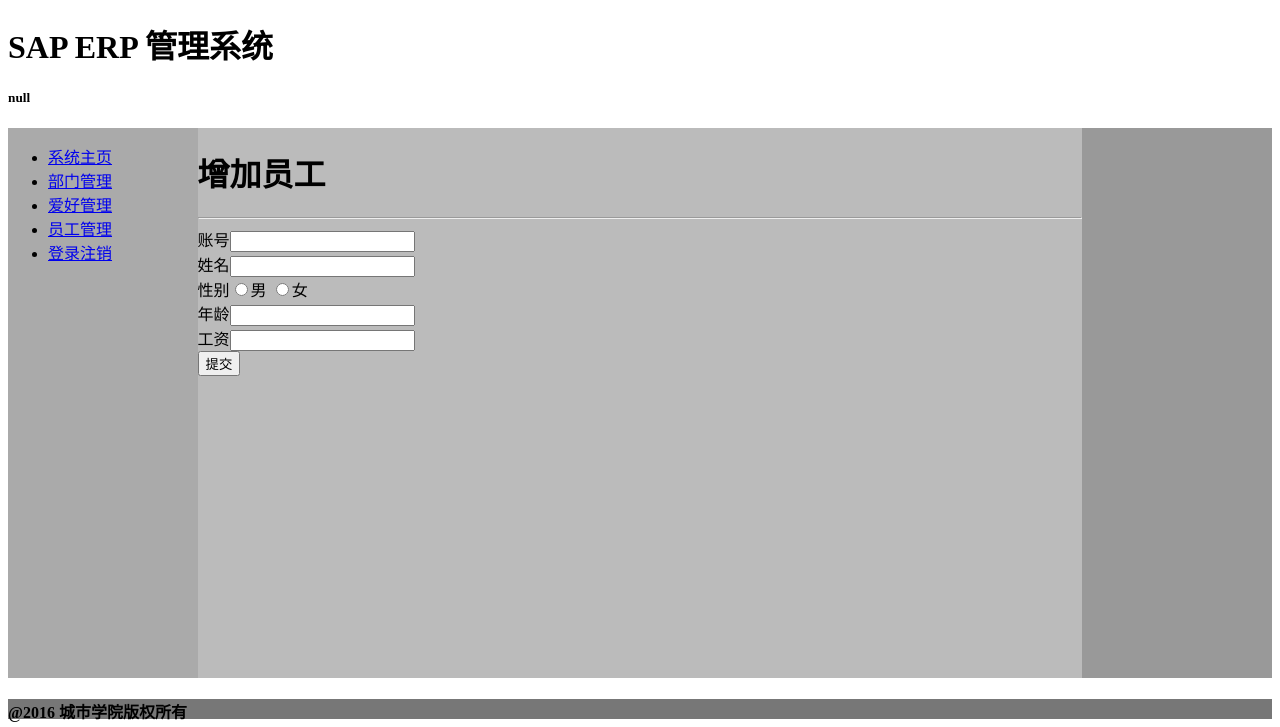
Repository: flowerthorn/javaee-test
Page: http://localhost/sapweb/productcategory/salesmain.jsp
These files come from the project's save history. The page is drawn as it stood at one moment and after the next save; the edit follows.
The browser window is 1280 px wide. The pictures show the whole page.
The page is served by Tomcat 9.

Above is the page before, as saved 2016-12-05 05:31:16.

After the next save:
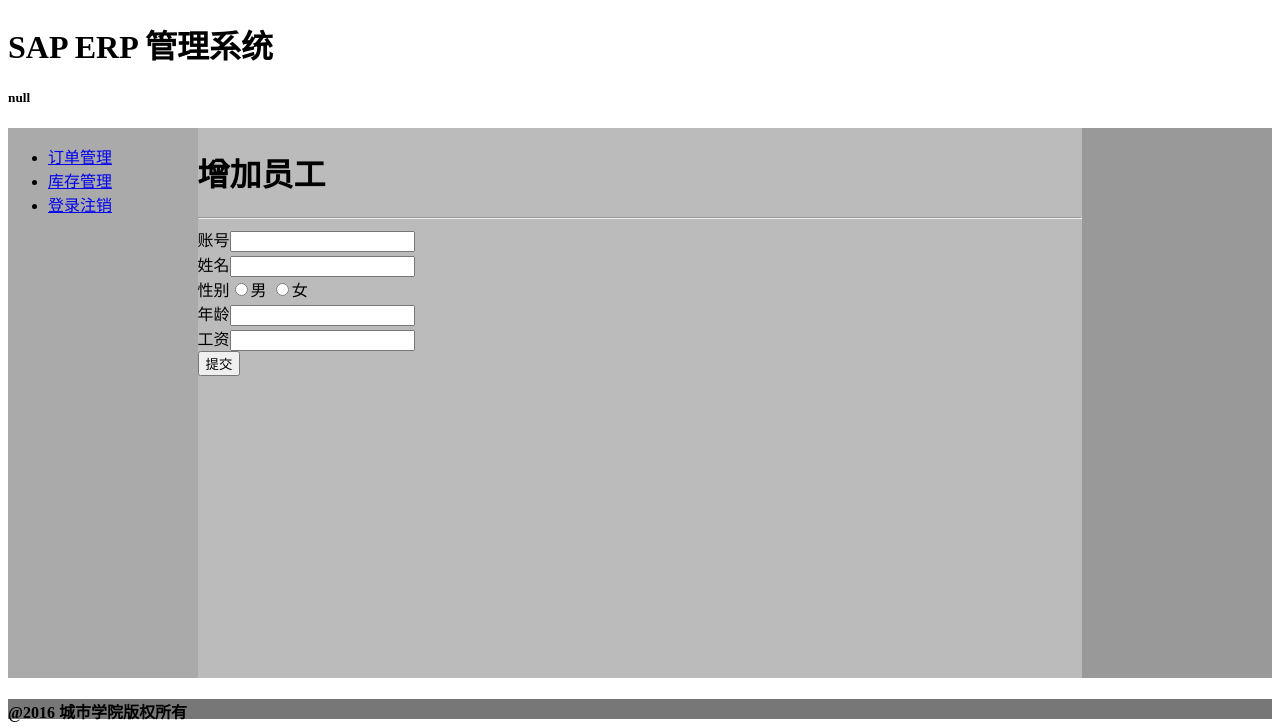
Saved 35 s later.
--- a/12_ JSTL I18N标记编程/12.05/sapweb/WebContent/include/left.jsp
+++ b/12_ JSTL I18N标记编程/12.05/sapweb/WebContent/include/left.jsp
@@ -1,9 +1,7 @@
 <%@ page language="java" contentType="text/html; charset=UTF-8"
     pageEncoding="UTF-8"%>
   <ul>
-  		<li><a href="../home/main.do">系统主页</a></li>
-         <li><a href="../department/main.do">部门管理</a></li>
-         <li><a href="../behave/main.do">爱好管理</a></li>
-         <li><a href="../employee/main.do">员工管理</a></li>
+  		<li><a href="../home/main.do">订单管理</a></li>
+         <li><a href="../department/main.do">库存管理</a></li>
          <li><a href="../logout.do">登录注销</a></li>
       </ul>
